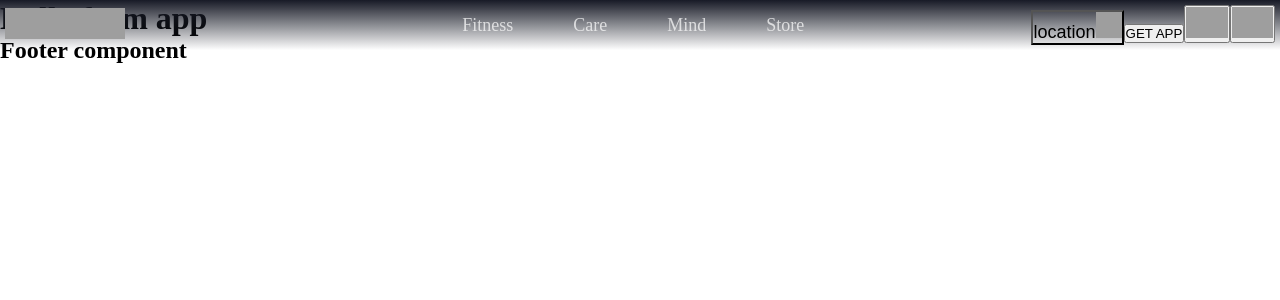
Repository: 1sanjeetsharma/cult-fit-clone
Page: /
These files come from the project's save history. The page is drawn as it stood at one moment and after the next save; the edit follows.
The browser window is 1280 px wide. The pictures show the whole page.
Pictures or frames that could not be fetched are drawn as grey boxes. Some web fonts or font styles are not loaded; a fallback is used. The project was rebuilt for these pictures with package versions that can differ from the ones it lists, and the page was loaded fresh each time. Also part of the build but not shown: vite.config.js.

Above is the page before, as saved 2023-07-25 11:11:09.

### src/App.jsx
import LandingPage from "./components/landingPage/LandingPage";
function App() {
  return (
    <>
      <h1>Hello from app</h1>
      <LandingPage />
    </>
  );
}

export default App;

### src/components/landingPage/LandingPage.jsx
import Body from "../body/body";
// import Header from "../body/header/Header";
const LandingPage = () => {
	return (
		<>
			<Body></Body>
		</>
	);
};
export default LandingPage;

### src/components/body/body.jsx
import Header from "./header/Header";
import Footer from "./footer/Footer";
import "./body.css";
const Body = () => {
	console.log("hello from body");
	return (
		<>
			<Header />

			<Footer />
		</>
	);
};
export default Body;

### src/components/body/header/Header.jsx
import Navbar from "../Navbar/Navbar";
const Header = () => {
	return (
		<>
			<Navbar />
		</>
	);
};
export default Header;

### src/components/body/footer/Footer.jsx
const Footer = () => {
  return (
    <>
      <h2>Footer component</h2>
    </>
  );
};
export default Footer;

### src/components/body/body.css
/*
//not working these font  */
@font-face {
	font-family: inter-bold;
	src: url("https://fonts.googleapis.com/css2?family=Inter:wght@700&display=swap");
}
@font-face {
	font-family: helvetica-neue;
	src: url("https://fonts.cdnfonts.com/css/helvetica-neue-5");
}
body {
	font-family: inter-bold, helvetica-neue;
}

### src/components/body/Navbar/Navbar.jsx
import "./navbar.css";
const Navbar = () => {
	return (
		<>
			<div className="Nav-container">
				<nav>
					<a href="javascript:viod(0)">
						<img
							className="logo"
							height={"31px"}
							width={"120px"}
							src="https://cdn-images.cure.fit/www-curefit-com/image/upload/c_fill,w_120,q_auto:eco,dpr_2,f_auto,fl_progressive//image/test/brand-logo/vman-and-white-cult-text.png"
							alt="logo"
						/>
					</a>
					<div className="tabs">
						<a href="javascript:void(0)">Fitness</a>
						<a href="javascript:void(0)">Care</a>
						<a href="javascript:void(0)">Mind</a>
						<a href="javascript:void(0)">Store</a>
					</div>
					<div>
						<button className="location">
							location
							<img
								src="https://cdn-images.cure.fit/www-curefit-com/image/upload/c_fill,w_26,q_auto:eco,dpr_2,f_auto,fl_progressive/image/test/header/location.png"
								width={"26px"}
								height={"26px"}
								loading="lazy"
								alt="location"
							/>
						</button>
						<button className="get-app">GET APP</button>

						<button className="avatar">
							<img
								className="btn-img"
								src="https://cdn-images.cure.fit/www-curefit-com/image/upload/c_fill,w_26,q_auto:eco,dpr_2,f_auto,fl_progressive/image/test/header/Profile.png"
								alt="profile picture"
							/>
						</button>
						<button className="cart">
							<img
								className="btn-img"
								src="https://cdn-images.cure.fit/www-curefit-com/image/upload/c_fill,q_auto:eco,dpr_2,f_auto,fl_progressive//image/test/cart-dark-theme.svg"
								alt="cart"
							/>
						</button>
					</div>
				</nav>
			</div>
		</>
	);
};
export default Navbar;

### src/components/body/Navbar/navbar.css
* {
	margin: 0px;
	padding: 0px;
	box-sizing: border-box;
}
a {
	text-decoration: none;
	cursor: pointer;
}
.Nav-container {
	position: fixed;
	/* display: flexbox; */
	top: 0px;
	/* height: 60px; */
	width: 100%;

	/* align-content: center; */
	/* text-align: center; */
	/* background-color: #00000077; */
	box-sizing: border-box;
	/* z-index: 2; */
}

.logo,
.btn-img {
	height: 31px;
}
nav {
	display: flex;
	height: 50px;
	padding: 5px;
	flex-flow: row wrap;
	align-items: center;
	justify-content: space-between;
	background-image: linear-gradient(
		to bottom,
		#171a26,
		rgba(23, 26, 38, 0.0001)
	);
}
.tabs {
	/* color: #fff; */
	display: flex;
	flex-direction: row;
	justify-content: spae-between;
	margin-left: 110px;
}
.tabs > a {
	height: 100%;
	color: #fff;
	transition: all 150ms ease;
	opacity: 70%;
	padding: 0 30px;
	line-height: 22px;
	font-size: 18px;
}
.location {
	background: transparent;
	/* outline: none; */
	box-shadow: none;
	font-size: 18px;
}

Loaded but not shown: index.html (common file); src/main.jsx (common file)

After the next save:
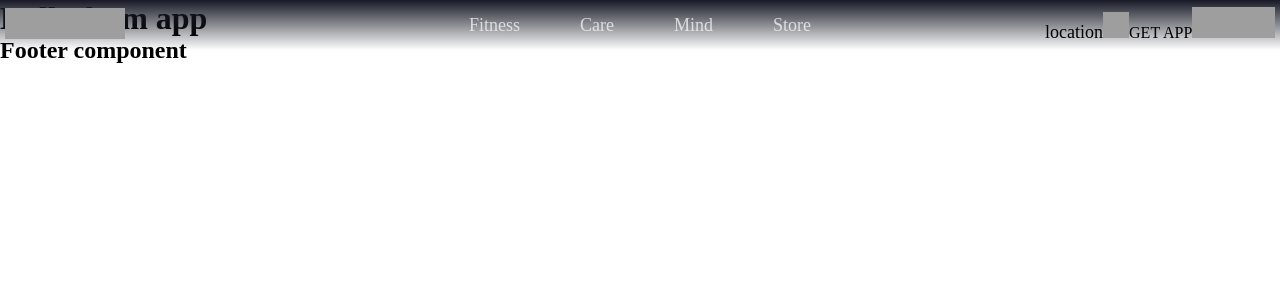
Saved 2 min 19 s later.
--- a/src/components/body/Navbar/navbar.css
+++ b/src/components/body/Navbar/navbar.css
@@ -60,3 +60,11 @@ nav {
 	box-shadow: none;
 	font-size: 18px;
 }
+button {
+	all: unset;
+	cursor: pointer;
+}
+
+button:focus {
+	outline: revert;
+}
